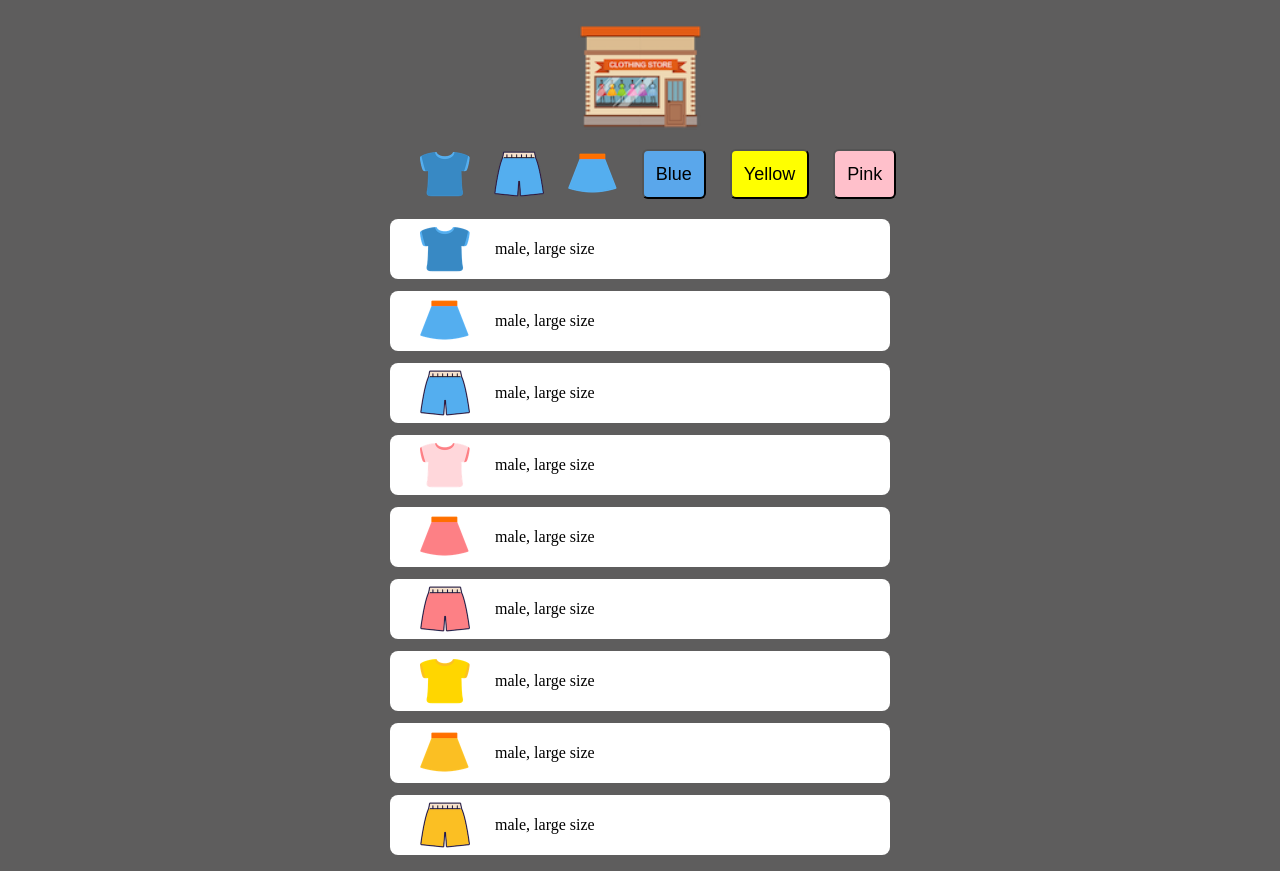
Repository: keehoonjung/Shoppingmall-Game
Page: index.html
The author's editor kept a copy of each file at every save. The page is drawn from the files as they stood at one save, then again after the next save.
The browser window is 1280 px wide. The pictures show the whole page.
After loading, the first visible `ul.filter` was clicked once.

Above is the page before, as saved 2021-08-12 14:31:36.

After the next save:
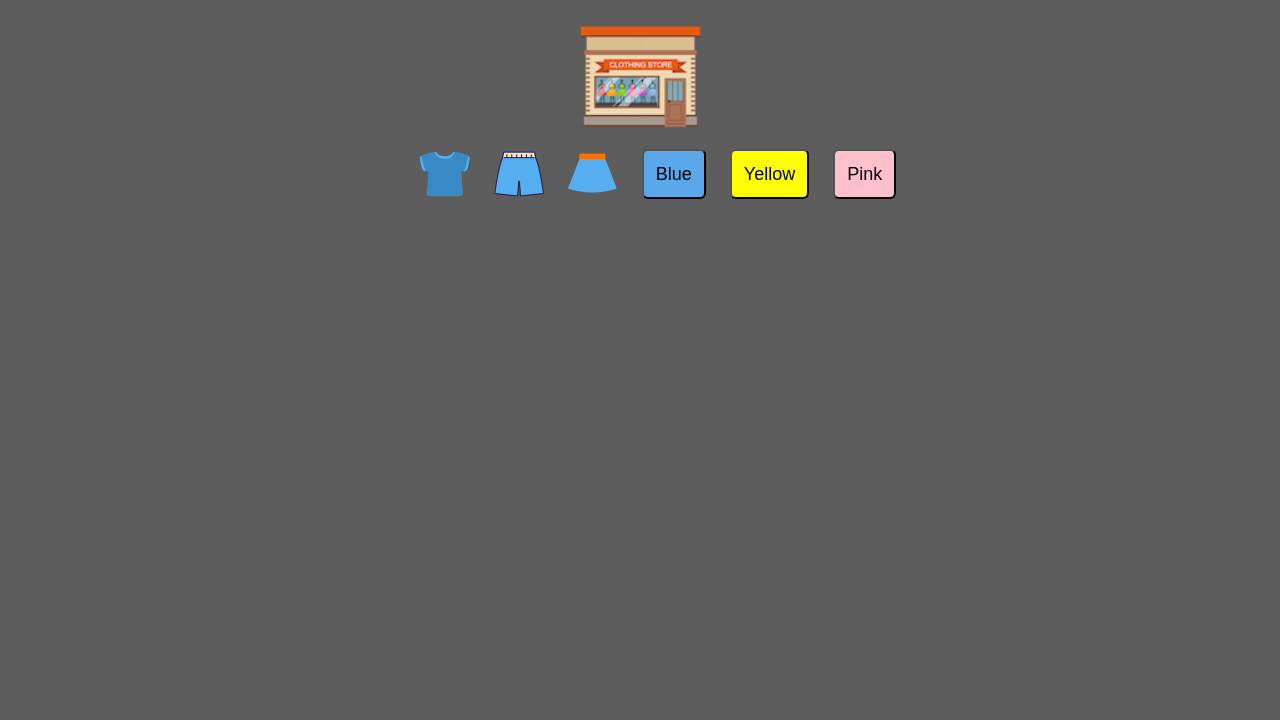
Saved 31 s later.
--- a/main.js
+++ b/main.js
@@ -7,6 +7,9 @@ const allItem = Array.from(document.querySelectorAll(".item"));
 navi.addEventListener("click", (evnet) => {
   const tag = event.target.tagName;
   const targetName = event.target.classList.value;
+  allItem.forEach((item) => {
+    item.classList.remove("visible");
+  });
   if (tag == "IMG") {
     const items = allItem.filter((item) => item.dataset.type == targetName);
     items.forEach((item) => {
